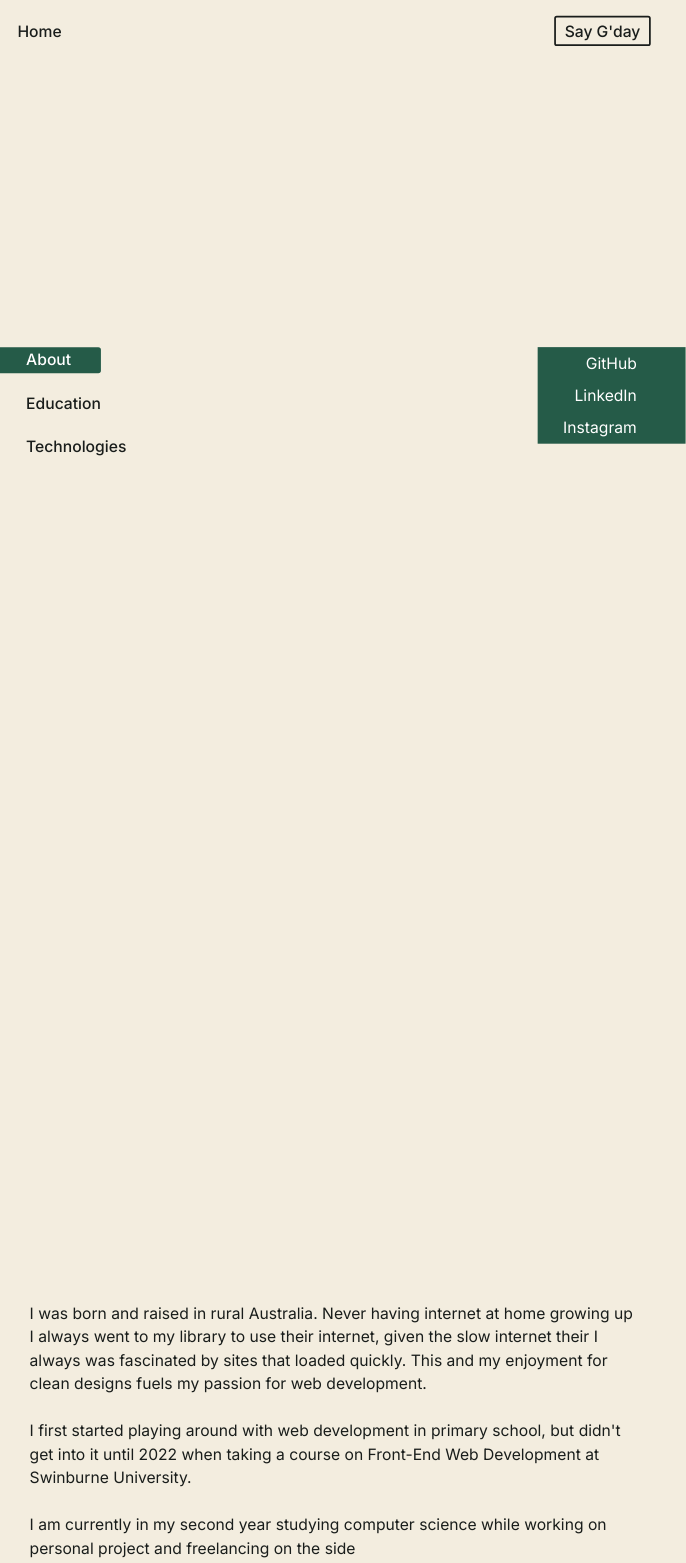
Repository: David-Waite/David-Waite-Portfolio
Page: /about
An editor plug-in stored every save of this project. The page is shown before and after the next save, followed by the edit.
The browser window is 768 px wide. The page is 788 px wide, so the pictures cover 788 px, including what lies to the right of the window. The pictures show the whole page, at 87% of full size.
The project was rebuilt for these pictures with package versions that can differ from the ones it lists, and the page was loaded fresh each time. The framework's server and built-in components were replaced by stand-ins that run in the browser. Also part of the build but not shown: next.config.js.

Above is the page before, as saved 2023-07-27 10:22:56.

After the next save:
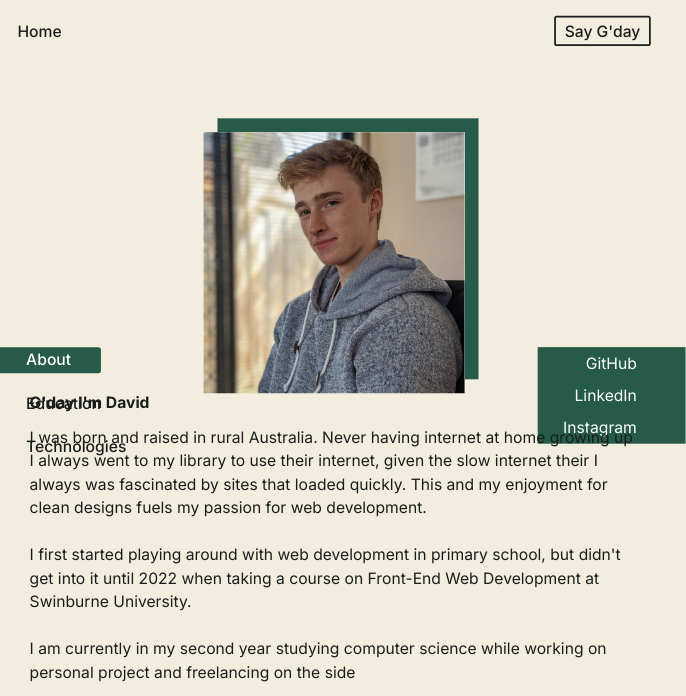
Saved 5 s later.
--- a/app/about/page.module.css
+++ b/app/about/page.module.css
@@ -131,9 +131,6 @@
   .mobileLink {
     top: 375px;
   }
-  .description {
-    margin-top: 2030px;
-  }
 }
 
 @media (max-width: 425px) {
